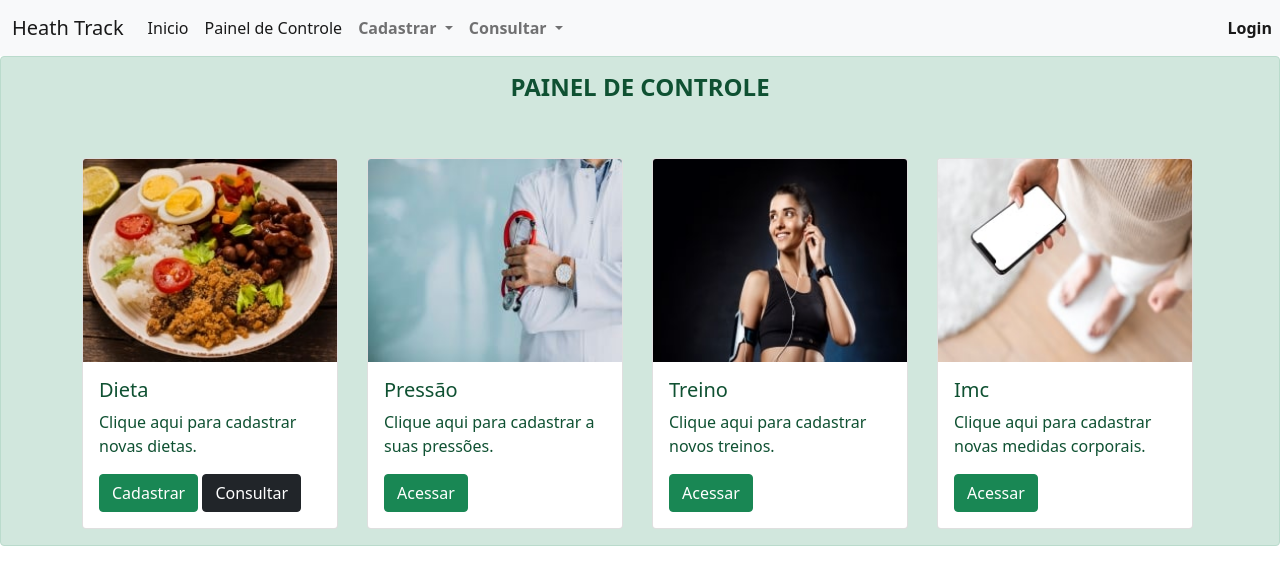
Repository: FellipySantos/HealthTrack_Finalizado
Page: http://localhost/JSPs/painel.jsp
The author's editor kept a copy of each file at every save. The page is drawn from the files as they stood at one save, then again after the next save.
The browser window is 1280 px wide. The pictures show the whole page.
The page is served by Tomcat 9.

Above is the page before, as saved 2021-11-16 03:56:36.

After the next save:
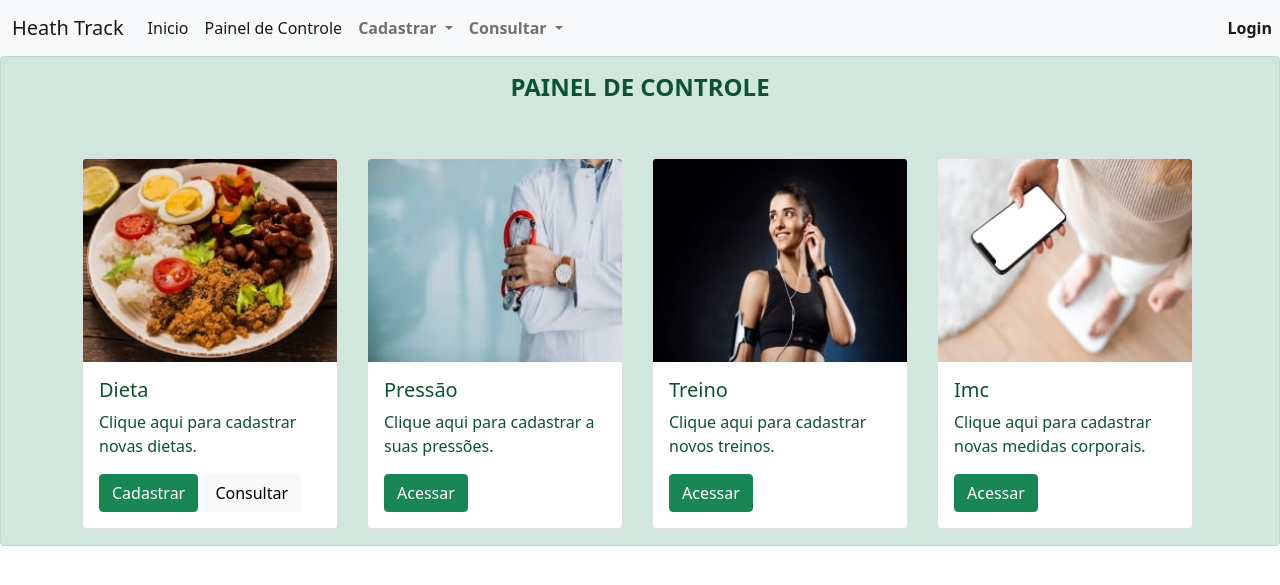
Saved 18 s later.
--- a/JSP/JSPs/WebContent/painel.jsp
+++ b/JSP/JSPs/WebContent/painel.jsp
@@ -21,7 +21,7 @@
                 <h5 class="card-title">Dieta</h5>
                 <p class="card-text">Clique aqui para cadastrar novas dietas.</p>
                 <a href="cadastro-dieta.jsp" class="btn btn-success">Cadastrar</a>
-                <a href="dieta?acao=listar.jsp" class="btn btn-dark">Consultar</a>
+                <a href="dieta?acao=listar.jsp" class="btn btn-light">Consultar</a>
               </div>
             </div>
 
